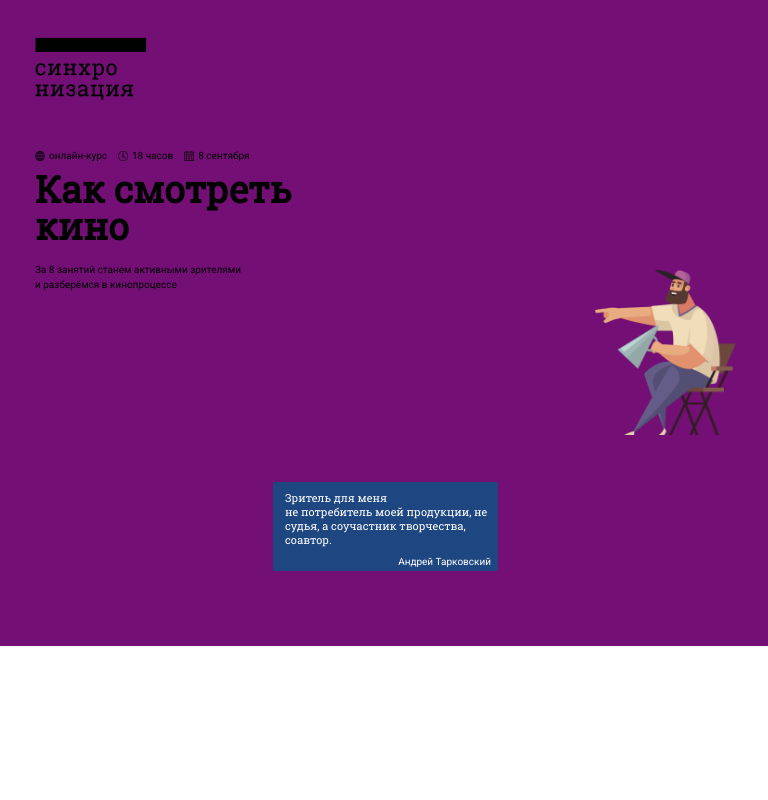
Repository: NatiqSamiyev/fiqma-task-top
Page: index.html
These files come from the project's save history. The page is drawn as it stood at one moment and after the next save; the edit follows.
The browser window is 768 px wide. The pictures show the whole page.

Above is the page before, as saved 2023-08-19 15:01:24.

### index.html
<!DOCTYPE html>
<html lang="en">
  <head>
    <meta charset="UTF-8" />
    <meta name="viewport" content="width=device-width, initial-scale=1.0" />
    <link rel="stylesheet" href="index.css" />
    <title>Document</title>
  </head>
  <body>
    <div class="container">
      <img src="./images/logo_mobile_black 1.png" alt="" />

      <ul>
        <li>
          <img src="./images/globe.png" alt="" />
          <p>онлайн-курс</p>
        </li>

        <li>
          <img src="./images/img_135744.png" alt="" />
          <p>18 часов</p>
        </li>

        <li>
          <img src="./images/calendar_2.png" alt="" />
          <p>8 сентября</p>
        </li>
      </ul>

      <div class="top-container">
        <div class="text-container">
          <h1>Как смотреть кино</h1>
          <br />
          <p>
            За 8 занятий станем активными зрителями<br />
            и разберёмся в кинопроцессе
          </p>
        </div>


          <img src="./images/noroot 1.png" alt="" />

      </div>

      <div class="bottom-container">
        <p>
          Зритель для меня
          <br />не потребитель моей продукции, не судья, а соучастник
          творчества, соавтор.
        </p>

        <h2>Андрей Тарковский</h2>
      </div>
    </div>
  </body>
</html>

### index.css
@import url("https://fonts.googleapis.com/css2?family=Roboto+Slab&family=Roboto:wght@400;700&display=swap");
* {
  margin: 0;
  padding: 0;
  box-sizing: border-box;
}

.container {
  width: 100%;
  padding: 21px 246px 173px 121px;
}

.container ul {
  margin-top: 97px;
  display: flex;
}
.container ul li {
  list-style-type: none;
  margin-right: 25px;
  display: flex;
  align-items: center;
}

.container ul img {
  width: 22px;
  height: 22px;
}

.container ul li p {
  margin-left: 11px;
  color: #000;
  font-family: Roboto;
  font-size: 20px;
  font-style: normal;
  font-weight: 400;
  line-height: 115%;
}

.top-container {
  margin-top: 29px;
  display: flex;
  justify-content: space-between;
}

.text-container {
  width: 628px;
}

.text-container h1 {
  color: #000;
  font-family: Roboto Slab;
  font-size: 80px;
  font-style: normal;
  font-weight: 700;
  line-height: 101.385%;
}

.text-container p {
  color: #000;
  font-family: Roboto;
  font-size: 20px;
  font-style: normal;
  font-weight: 400;
  line-height: 150%;
}

.top-container img {
  width: 304px;
  height: 356px;
}

.bottom-container {
  padding: 19px 18px 19px 26px;
  width: 483px;
  margin: auto;
  margin-top: 87px;
  border-radius: 5px;
  background: #1e4681;
}

.bottom-container p {
  margin-bottom: 5px;
  color: #fff;
  font-family: Roboto Slab;
  font-size: 25px;
  font-style: normal;
  font-weight: 400;
  line-height: 130%;
}

.bottom-container h2 {
  color: #fff;
  text-align: right;
  font-family: Roboto;
  font-size: 20px;
  font-style: normal;
  font-weight: 400;
  line-height: 130%;
}

/* tablet style */

@media screen and (max-width: 1024px) {
  .container {
    padding: 22px 142px 100px 70px;
    background-color: darkcyan;
  }

  .container ul {
    margin-top: 56px;
  }

  .container ul li {
    margin-right: 14px;
    align-items: baseline;
  }

  .container ul img {
    width: 12.742px;
    height: 12.163px;
  }

  .container ul li p {
    margin-left: 6px;
    font-size: 12px;
  }

  .top-container {
    margin-top: 7px;
  }

  .text-container {
    width: 363px;
  }

  .text-container h1 {
    font-size: 46px;
  }

  .text-container p {
    font-size: 12px;
  }

  .top-container img {
    width: 176.067px;
    height: 206.183px;
  }

  .bottom-container {
    padding: 11px 9px 4px 15px;
    width: 280px;
    margin-top: 50px;
    border-radius: 2px;
  }

  .bottom-container p {
    margin-bottom: 8px;
    font-size: 14px;
  }

  .bottom-container h2 {
    text-align: right;
    font-size: 12px;
  }
}

/* mobil style */

@media screen and (max-width: 768px) {
  .container {
    padding: 36px 32px 75px 35px;
    background-color: rgb(115, 15, 117);
  }

  .container ul {
    margin-top: 44px;
  }

  .container ul li {
    margin-right: 11px;
    align-items: center;
  }

  .container ul img {
    width: 10px;
    height: 10px;
  }

  .container ul li p {
    margin-left: 4px;
    font-size: 10px;
  }

  .top-container {
    margin-top: 8px;
    fle
  }

  .text-container {
    width: 292px;
  }

  .text-container h1 {
    font-size: 37px;
  }

  .text-container p {
    font-size: 10px;
  }

  .top-container img {
    width: 141px;
    height: 165px;
    margin-top: 100px;
  }

  .bottom-container {
    padding: 9px 7px 3px 12px;
    width: 225px;
    margin-top: 47px;
    border-radius: 2px;
  }

  .bottom-container p {
    margin-bottom: 7px;
    font-size: 11px;
  }

  .bottom-container h2 {
    text-align: right;
    font-size: 10px;
  }
}

After the next save:
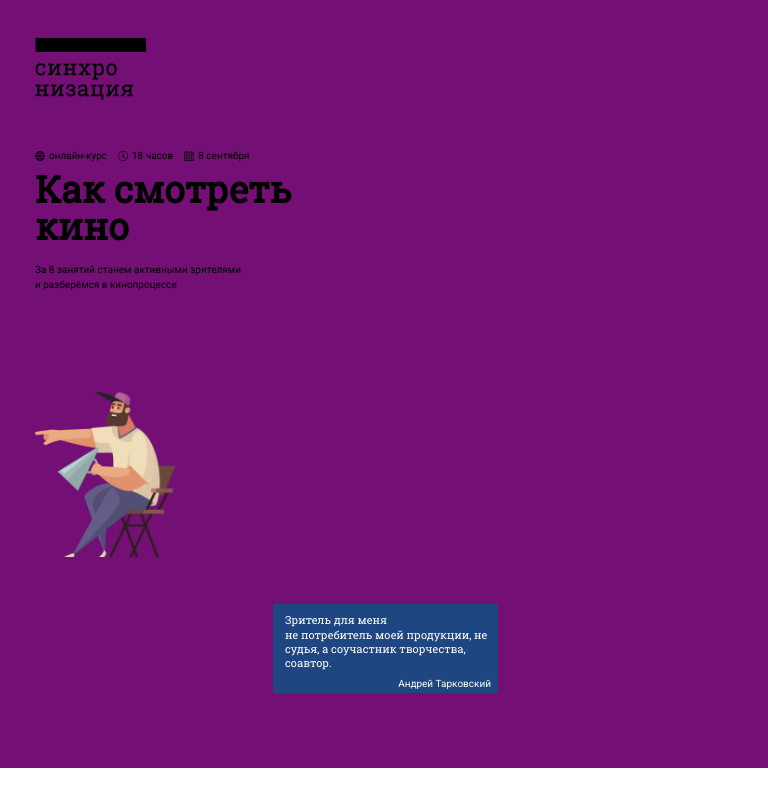
Saved 5 s later.
--- a/index.css
+++ b/index.css
@@ -193,7 +193,7 @@
 
   .top-container {
     margin-top: 8px;
-    fle
+    flex-direction: column;
   }
 
   .text-container {
